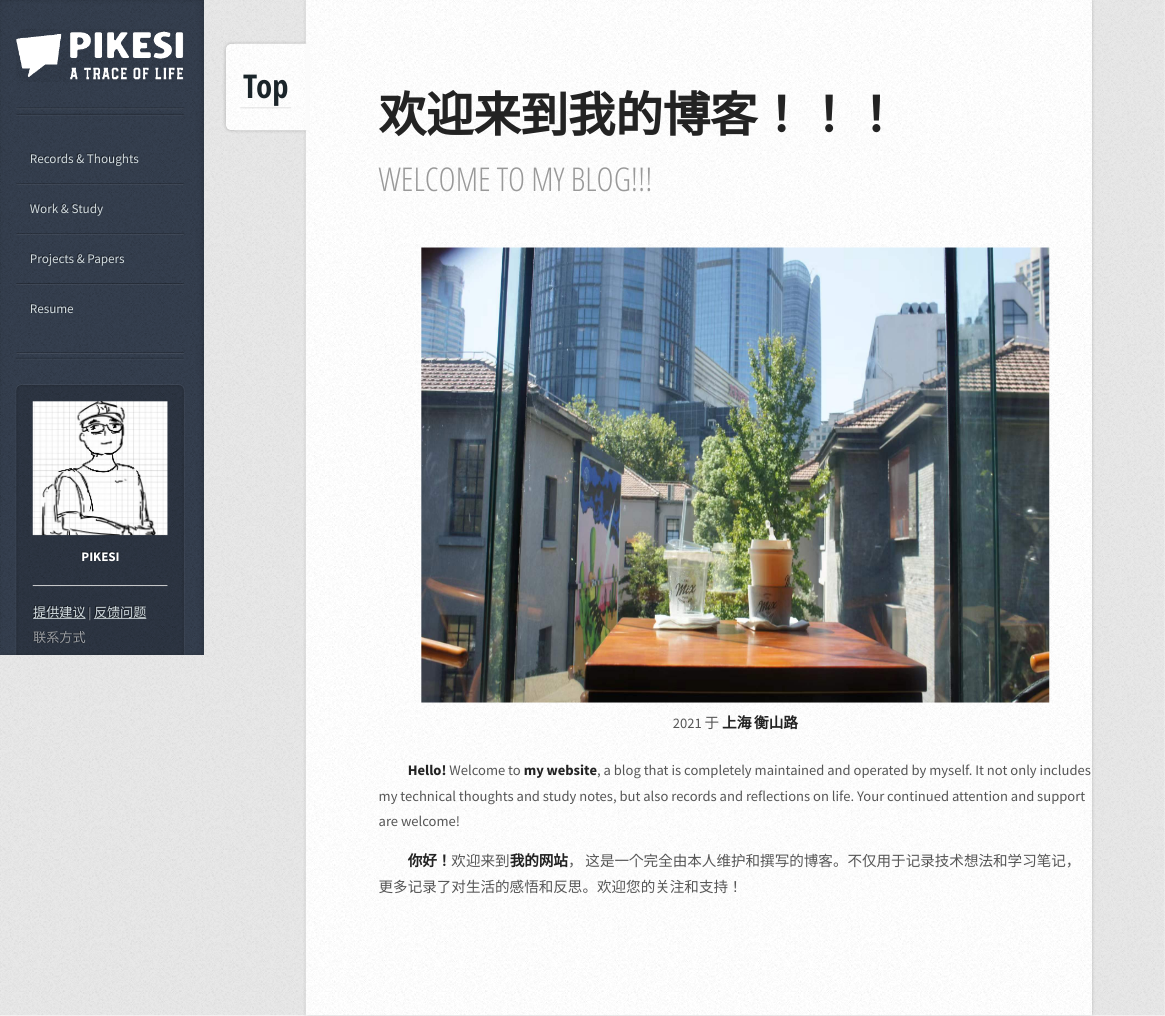
Repository: PiKesi522/PiKesi522.github.io
Page: index.html
The author's editor kept a copy of each file at every save. The page is drawn from the files as they stood at one save, then again after the next save.
The browser window is 1280 px wide. The pictures show the whole page, at 91% of full size.

Above is the page before, as saved 2023-04-11 14:37:23.

After the next save:
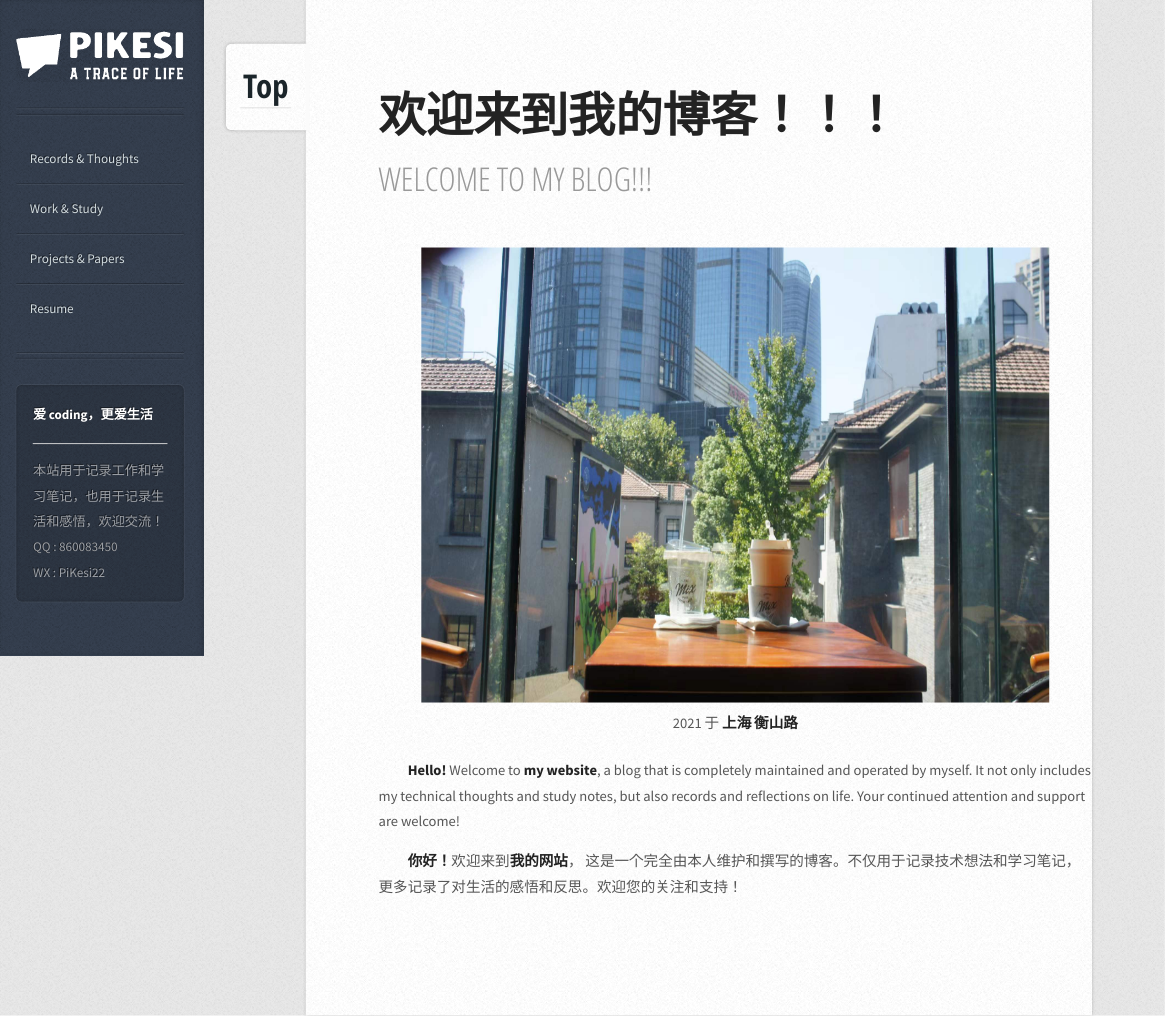
Saved 12 min 50 s later.
--- a/index.html
+++ b/index.html
@@ -94,17 +94,15 @@
 		<!-- Text -->
 		<section class="box text-style1">
 			<div class="inner">
-					<img style="width: 100%; margin: 0;" src="assets/images/icon1.jpg" alt="Logo">
-					<div style="text-align: center;"><strong> PIKESI </strong></div>
+				<p>
+					<strong> 爱 coding，更爱生活</strong>
 					<hr>
-					<a href="https://github.com/PiKesi522/PiKesi522.github.io/issues">提供建议</a> |
-					<a href="https://github.com/PiKesi522/PiKesi522.github.io/issues">反馈问题</a>
-					<br />
-					联系方式
+					本站用于记录工作和学习笔记，也用于记录生活和感悟，欢迎交流！
 					<br />
 					QQ : 860083450
 					<br />
 					WX : PiKesi22
+				</p>
 			</div>
 		</section>
 	</div>
